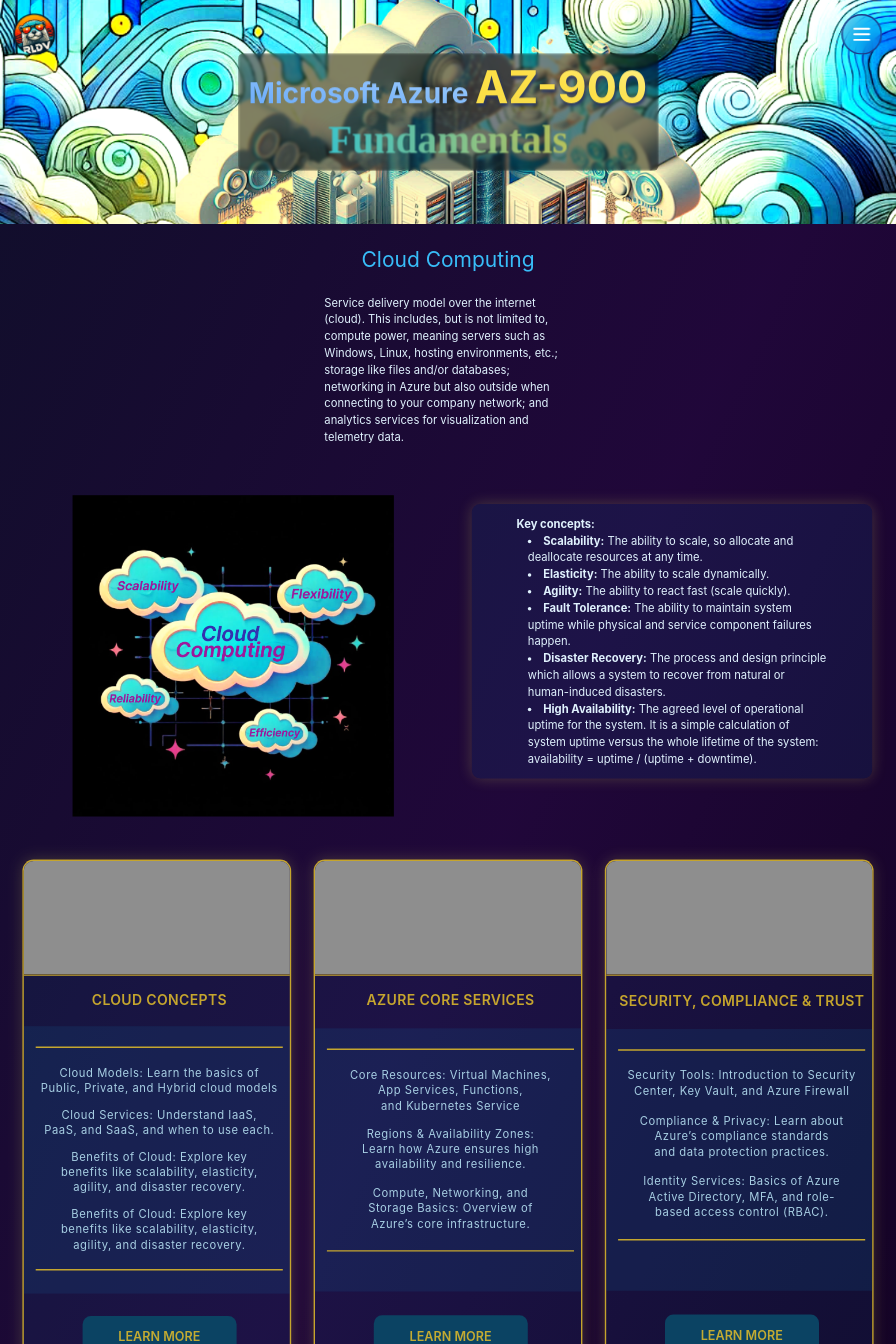
Repository: Freezler/az-900_svelte5
Page: /
These files come from the project's save history. The page is drawn as it stood at one moment and after the next save; the edit follows.
The browser window is 1280 px wide. The pictures show the part of the page from y = 0 to 1920 px (the page is 2706 px tall), at 70% of full size.
Pictures or frames that could not be fetched are drawn as grey boxes. The project was rebuilt for these pictures with package versions that can differ from the ones it lists, and the page was loaded fresh each time. The framework's server and built-in components were replaced by stand-ins that run in the browser. Also part of the build but not shown: vite.config.ts.

Above is the page before, as saved 2024-11-10 10:58:53.

### src/app.html
<!doctype html>
<html lang="en">
	<head>
		<meta charset="utf-8" />
		<link rel="icon" href="%sveltekit.assets%/favicon.png" />
		<meta name="viewport" content="width=device-width, initial-scale=1" />
		%sveltekit.head%
	</head>
	<body data-sveltekit-preload-data="hover" >
		<div style="display: contents">%sveltekit.body%</div>
	</body>
</html>

### src/routes/+layout.svelte
<script lang="ts">
	import '../app.css';
	let { children } = $props();

</script>

<div class="bg-gradient-to-br from-[#0d0c28fc] via-[#1b0135f9] to-[#10021e] bg-cover bg-center bg-no-repeat ">{@render children()}</div>

### src/routes/+page.svelte
<script lang="ts">
	import ComputingArticle from '../components/ComputingArticle.svelte';

	import Toggle from '../components/Toggle.svelte';
	import Header from '../components/Header.svelte';
	import Popover from '../components/Menu.svelte';
	import Cards from '../components/Cards.svelte';
	import Login from '../components/Login.svelte';
</script>

<header class="">
	<Popover />
	<Header />
</header>
<main>
	<section>
		<ComputingArticle />
		<Cards />
	</section>
	<aside><Toggle /></aside>
	<footer><Login /></footer>
</main>

### src/app.css
@tailwind base;
@tailwind components;
@tailwind utilities;

:root {
  --text-color  : rgba(244, 205, 48, 0.888);
  --bg-color    : hsla(217, 87%, 3%, 0.298);
  --bg-color2   : hsla(299, 91%, 31%, 0.974);
  --bg-gradient : 135deg, rgba(237, 249, 10, .7) 0%, rgba(216, 204, 37, 0.7) 35%, rgba(0, 212, 255, 0.7) 100%;
  --bg-gradient2: 90deg, rgba(216, 204, 37, 0.5) 0%, rgba(0, 212, 255, 0.5) 70%;
}

* {
  margin     : 0;
  padding    : 0;
  box-sizing : border-box;
  user-select: none;
  /* outline : 1px dotted red; */
}

body {
  font-family: 'Inter', sans-serif;


}

### src/components/ComputingArticle.svelte
<div class="grid items-center justify-center gap-8 place-self-center text-sky-100 w-[35ch] pt-8">
	<h2 class="text-3xl text-center text-sky-400">Cloud Computing</h2>
	<p>
		Service delivery model over the internet (cloud). This includes, but is not limited to, compute
		power, meaning servers such as Windows, Linux, hosting environments, etc.; storage like files
		and/or databases; networking in Azure but also outside when connecting to your company network;
		and analytics services for visualization and telemetry data.
	</p>
</div>

<section class="grid items-center grid-cols-1 lg:grid-cols-2 justify-center place-items-center place-self-center place-content-center gap-0	z-10 text-start">
	<img
		src="../public/images/cloud.png"
		alt="cloudSolutions"
		loading="lazy"

		class=" w-full md:w-[672px]  mx-auto rounded-2xl overflow-hidden  pr-12 -mt-8 drop-shadow-[(0_0px_22px_rgba(255,255,99,0.2))] "
	/>
	<article
		class=" bg-sky-600/10  text-sky-100 px-16 py-4 w-[572px] my-6 rounded-xl shadow-[0_0px_22px_rgba(255,255,99,0.2)]"
	>
		<p><strong>Key concepts:</strong></p>
		<ul class="list-inside list-disc pl-4">
			<li>
				<strong>Scalability:</strong> The ability to scale, so allocate and deallocate resources at any
				time.
			</li>
			<li><strong>Elasticity:</strong> The ability to scale dynamically.</li>
			<li><strong>Agility:</strong> The ability to react fast (scale quickly).</li>
			<li>
				<strong>Fault Tolerance:</strong> The ability to maintain system uptime while physical and service
				component failures happen.
			</li>
			<li>
				<strong>Disaster Recovery:</strong> The process and design principle which allows a system to
				recover from natural or human-induced disasters.
			</li>
			<li>
				<strong>High Availability:</strong> The agreed level of operational uptime for the system. It
				is a simple calculation of system uptime versus the whole lifetime of the system: availability
				= uptime / (uptime + downtime).
			</li>
		</ul>
	</article>
</section>

### src/components/Toggle.svelte
<script lang="ts">

	let name = $state('Randy');
	let status: 'DARK' | 'LIGHT' = $state('DARK');
	let full_name = $derived(name + ' ' + 'de vries');

	function toggle() {
		status = status === 'DARK' ? 'LIGHT' : 'DARK';
	}

	function onclick() {
		status = status === 'DARK' ? 'LIGHT' : 'DARK';
		window.document.body.classList.toggle('dark-mode')
	}
</script>

<div class="max-w-[400px] mx-auto grid place-items-center items-center justify-center gap-2 border-2 p-4  py-8 my-4 bg-yellow-600/10">
		<p class="text-2xl font-serif text-white ">
			set theme: <span class="font-sans {status === 'LIGHT' ? 'text-gray-200' : 'text-red-900'}">{status}</span>
		</p>

		<!-- <button on:click={toggle}>toggle status</button> -->
		<button
			class=" w-[176px] rounded bg-blue-500 px-4 py-2 font-bold text-white hover:bg-blue-700 active:scale-[.98]"
			type="button"
			onclick={toggle}>Toggle theme</button
		>
	</div>

### src/components/Header.svelte
<script lang="ts">
	// Declare props
	let { name = 'AZ-900' } = $props();

	// Local state for the surname
	let surname = $state('Fundamentals');

	// Derived state for the full name
	let full_name = $derived(`${name} ${surname}`);
</script>

<div
	class="max-w-[100svw] z-100 mx-auto grid h-80 place-content-center place-items-center items-center justify-center bg-[url('/public/images/headImage.png')] bg-cover bg-top"
>
	<div class="grid backdrop-blur-[2px] px-4 rounded-lg backdrop-brightness-[.50] pb-4">
		<h1
			class="shadow-[rgba(7, 25, 224, 0.9)] drop bg-clip-text text-center text-[clamp(1rem,5vw,2.5rem)] font-bold text-transparent bg-gradient-to-tr from-blue-400 via-blue-300 to-blue-700  drop-shadow-[-2px_2px_2px_rgba(137, 25, 224, 0.9)]"
		>
			Microsoft Azure <span
				class="bg-gradient-to-tr from-yellow-300 via-yellow-300 to-yellow-200 bg-clip-text text-[clamp(2.8rem,5vw,8.5rem)] font-bold text-transparent drop-shadow-[2px_4px_2px_rgba(36,50,100,0.9)]"
				>{name}</span
			>
		</h1>
		<h3
			class="bg-clip-text text-6xl text-center text-[clamp(1rem,5vw,3.5rem)] font-[700] font-[montserrat] bg-gradient-to-r from-[hsl(192,88%,51%)] via-[--hsl(192,88%,71%)] to-[--text-color]  pb- text-transparent drop-shadow-[2px_4px_32px_rgba(6,100,150,0.9)] backdrop-brightness-[.90] "
		>
			{surname}
		</h3>
	</div>
</div>

### src/components/Menu.svelte
<script lang="ts">
	import { cubicInOut } from 'svelte/easing';
	import { fly } from 'svelte/transition';
	let showMenu: boolean = $state(false);


</script>

	<!-- Your existing code -->

<img
	src="/public/images/Design 2.png"
	alt="Ran form Logo"
	class="fixed left-[16px] top-[16px] w-[64px] rounded-full z-[200]"
/>
<button
	onclick={() => (showMenu = !showMenu)}
	class="fixed right-[20px] top-[20px] flex  h-[58px] w-[58px] items-center justify-center rounded-full bg-blue-600/20 backdrop-blur text-white border-2 border-blue-900"
>
	<svg
		xmlns="http://www.w3.org/2000/svg"
		class="h-8 w-8"
		fill="none"
		viewBox="0 0 24 24"
		stroke="currentColor"
	>
		{#if showMenu}
			<path
				stroke-linecap="round"
				stroke-linejoin="round"
				stroke-width="2"
				d="M6 18L18 6M6 6l12 12"
			/>
		{:else}
			<path
				stroke-linecap="round"
				stroke-linejoin="round"
				stroke-width="2"
				d="M4 6h16M4 12h16M4 18h16"
			/>
		{/if}
	</svg>
</button>

{#if showMenu}
	<ul
		class="items-center justify-center fixed bottom-0 right-0 z-100 grid h-[50vh] w-[100vw] border-t border-blue-900 place-content-center bg-blue-600/20 backdrop-blur text-white uppercase text-center text-xl z-[200]"
		transition:fly={{ y: 100, duration: 420, easing: cubicInOut }}
	>
		<li class="px-2 py-4 w-[80vw] underline underline-offset-4 transition-colors ease-linear duration-400 hover:bg-blue-600/20 rounded-t-lg  bg-blue-200/30">
			<a href="/">Home</a>
		</li>
		<li class=" px-2 py-4 transition-colors hover:underline underline-offset-4  ease-linear duration-400 hover:bg-blue-600/20  bg-blue-200/30">
			<a href="/concepts">Concepts</a>
		</li>
		<li class=" px-2 py-4 transition-colors hover:underline underline-offset-4 ease-linear duration-400 hover:bg-blue-600/20  bg-blue-200/30">
			<a href="/security">Security</a>
		</li>
		<li class="px-2 py-4 transition-colors  hover:underline underline-offset-4 ease-linear duration-400 hover:bg-blue-600/20 rounded-b-lg  bg-blue-200/30">
			<a href="/services">Services</a>
		</li>
	</ul>
{/if}

### src/components/Cards.svelte
<script>
	import { goto } from '$app/navigation';
	// Define your plans as an array of objects
	const concepts = [
		{
			url: 'concepts',
			image:
				'https://learn.microsoft.com/training/achievements/microsoft-azure-fundamentals-describe-cloud-concepts-social.png',
			name: 'Cloud Concepts',
			features: [
				'Cloud Models: Learn the basics of Public, Private, and Hybrid cloud models',
				'Cloud Services: Understand IaaS, PaaS, and SaaS, and when to use each.',
				'Benefits of Cloud: Explore key benefits like scalability, elasticity, agility, and disaster recovery.',
				'Benefits of Cloud: Explore key benefits like scalability, elasticity, agility, and disaster recovery.'

			]
		},
		{
			url: 'services',
			image:
				'https://images.unsplash.com/photo-1667372459510-55b5e2087cd0?q=80&w=1932&auto=format&fit=crop&ixlib=rb-4.0.3&ixid=M3wxMjA3fDB8MHxwaG90by1wYWdlfHx8fGVufDB8fHx8fA%3D%3D',
			name: 'Azure Core Services',
			features: [
				'Core Resources: Virtual Machines, App Services, Functions, and Kubernetes Service',
				'Regions & Availability Zones: Learn how Azure ensures high availability and resilience.',
				'Compute, Networking, and Storage Basics: Overview of Azure’s core infrastructure.'
			]
		},
		{
			url: 'security',
			image:
				'https://plus.unsplash.com/premium_photo-1700830452756-1a3f4314e564?q=80&w=1674&auto=format&fit=crop&ixlib=rb-4.0.3&ixid=M3wxMjA3fDB8MHxwaG90by1wYWdlfHx8fGVufDB8fHx8fA%3D%3D',
			name: 'Security, Compliance & Trust',
			features: [
				'Security Tools: Introduction to Security Center, Key Vault, and Azure Firewall',
				'Compliance & Privacy: Learn about Azure’s compliance standards and data protection practices.',
				'Identity Services: Basics of Azure Active Directory, MFA, and role-based access control (RBAC).'
			]
		}
	];
</script>

<section
	class="z-10 grid grid-rows-1 gap-8 py-8 md:grid-cols-2 md:gap-8 md:px-8 xl:grid-cols-3"
>
	{#each concepts as concept}
		<div
			class=" pt-1  grid grid-rows-[148px_64px_auto_auto] place-items-center overflow-hidden rounded-2xl border-2 border-[--text-color] bg-sky-600/10 pb-9 shadow-[0_0px_22px_rgba(255,255,99,0.2)] brightness-90 transition duration-700 hover:scale-[1.001] hover:border-[hsla(184,69%,60%,1)] hover:shadow-[2px_6px_12px_rgba(22,125,22,0.9)]"
		>
			<img
				src={concept.image}
				class=" z-10 h-[172px] pt-2  w-full border-b-2 border-[--text-color] object-cover object-center hover:border-[hsla(184,69%,60%,1)]"
				loading="lazy"
				alt="concept"
			/>
			<div class="row-span-2 grid grid-cols-subgrid place-items-center items-center justify-center">
				<h2 class="] mt-[28px] text-xl font-semibold uppercase tracking-wide text-[--text-color]">
					{concept.name}
				</h2>
			</div>

			<div
				class=" row-span-12 my-5 w-full grid grid-rows-subgrid place-items-start items-start gap-4 text-pretty border border-transparent bg-sky-500/10 px-4 pt-7 pb-6 text-center"
			>
				{#each concept.features as feature}
					<h3
						class="border-b-1 mx-auto  grid w-[35ch]  grid-rows-subgrid text-balance border-[--text-color] px-0 text-[14px] font-normal leading-snug tracking-wider text-sky-200 py-0 first:border-t-2 first:pt-6 last:pb-6 last:border-b-2 lg:text-[16px] border-s-fuchsia-400 ">
						{feature}
					</h3>
				{/each}
			</div>
			<button
				type="button"
				class="mx-auto mt-3 w-[220px] grid-cols-subgrid rounded-xl border-[2px_solid_var(--text-color)] bg-sky-900 px-8 py-4 text-base font-semibold uppercase text-[--text-color] transition duration-[420ms] hover:bg-sky-500 hover:text-white hover:shadow-[2px_2px_22px_rgb(65,183,255,0.9)] md:text-lg lg:text-lg"
				><a href="/{concept.url}">Learn more</a></button
			>
		</div>
	{/each}
</section>

### src/components/Login.svelte
<script>
	import { onMount } from 'svelte';
	let user = $state('Stranger');
	/**
	 * @param {any} response
	 */
	function googleLoginEndpoint(response) {
	  console.log('Google login successful:', response);
	}

	// onMount(() => {
	//   const script = document.createElement("script");
	//   script.src = "https://accounts.google.com/gsi/client";
	//   script.async = true;
	//   script.defer = true;
	//   document.head.appendChild(script);
	// });
</script>

<div class="relative flex min-h-[60vh] items-center justify-center py-16 ">
	<div class="flex w-full max-w-4xl flex-col overflow-hidden rounded-lg shadow-lg md:flex-row">
		<!-- Left side: Logo and Welcome message -->
		<div
			class="flex flex-col items-center justify-center bg-[url('/public/images/headImage.png')] bg-cover bg-center object-cover p-14 text-white md:w-1/2 "
		>
			<img
				src="/public/images/Design 2.png"
				alt="Ran form Logo"
				class="mb-4 h-40 w-40 rounded-full"
			/>
			<h2 class="text-2xl font-semibold p-2 rounded-xl bg-slate-600/50  ">Good Evening {user}!</h2>
			<p class="mt-2 text-center text-lg rounded-xl bg-slate-600/50  p-2 ">Log in to your account!</p>
		</div>

		<!-- Right side: Login Form -->
		<div
			class="flex flex-col items-center justify-center  h-[50vh] bg-blue-600/40 backdrop-blur pt-8 "
		>
			<!-- Google Login Button -->
			<div
				id="g_id_onload"
				data-client_id="YOUR_GOOGLE_CLIENT_ID"
				data-context="signin"
				data-callback="googleLoginEndpoint"
				data-close_on_tap_outside="false"
				data-prompt_parent_id="g_id_onload"
			></div>

			<button
				class="flex w-3/5 items-center justify-center space-x-2 rounded-full border border-gray-300 bg-white py-2 shadow-md hover:bg-gray-50 focus:outline-none"
			>
				<span class="fab fa-google text-gray-500"></span>
				<span class="text-gray-700">Continue with Google</span>
			</button>

			<!-- Divider -->
			<div class="my-4 flex w-full items-center">
				<hr class="flex-grow border-t border-gray-300" />
				<span class="px-3 text-gray-500">OR</span>
				<hr class="flex-grow border-t border-gray-300" />
			</div>

			<!-- Email Login Button -->
			<button
				class="flex w-3/5 items-center justify-center space-x-2 rounded-full border border-gray-300 bg-white py-2 shadow-md hover:bg-gray-50 focus:outline-none"
			>
				<span class="fa fa-user text-gray-500"></span>
				<span class="text-gray-700">Enter Email & Password</span>
			</button>

			<!-- Sign up and Terms Links -->
			<div class=" w-full text-center">
				<p class="text-sm text-red-300">
					Don't have an account? <a href="_blank" class="text-blue-600 hover:underline">Sign up</a>
				</p>
				<p class="mt-0 text-xs text-gray-500 w-[50ch]">
					By continuing, you agree to our <a href="_blank" target="_blank" class="hover:underline"
						>Terms of Service</a
					>
					and
					<a href="_blank" target="_blank" class="hover:underline">Privacy Policy</a>.
				</p>
			</div>
		</div>
	</div>
</div>

### tailwind.config.ts
import aspectRatio from '@tailwindcss/aspect-ratio';
import containerQueries from '@tailwindcss/container-queries';
import forms from '@tailwindcss/forms';
import typography from '@tailwindcss/typography';
// import type { Config } from 'tailwindcss';

export default {
	content: ['./src/**/*.{html,js,svelte,ts}'],


	theme: {
		extend: {
			animation: {



			},

			keyframes: {

			}

		}
	},

	plugins: [typography, forms, containerQueries, aspectRatio]
}

After the next save:
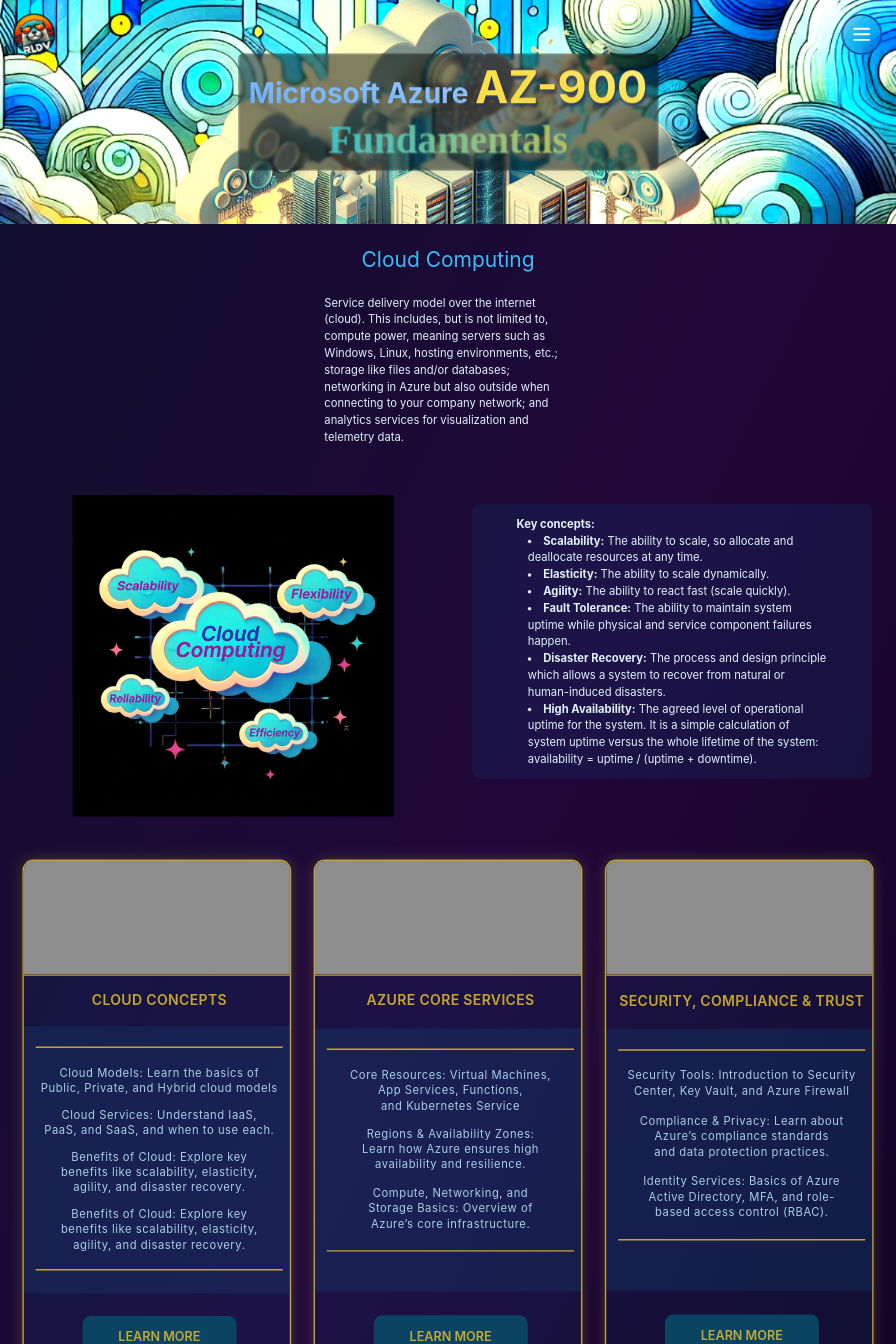
Saved 20 s later.
--- a/src/components/ComputingArticle.svelte
+++ b/src/components/ComputingArticle.svelte
@@ -17,7 +17,7 @@
 		class=" w-full md:w-[672px]  mx-auto rounded-2xl overflow-hidden  pr-12 -mt-8 drop-shadow-[(0_0px_22px_rgba(255,255,99,0.2))] "
 	/>
 	<article
-		class=" bg-sky-600/10  text-sky-100 px-16 py-4 w-[572px] my-6 rounded-xl shadow-[0_0px_22px_rgba(255,255,99,0.2)]"
+		class=" bg-sky-600/10  text-sky-100 px-16 py-4 w-[572px] my-6 rounded-xl "
 	>
 		<p><strong>Key concepts:</strong></p>
 		<ul class="list-inside list-disc pl-4">
